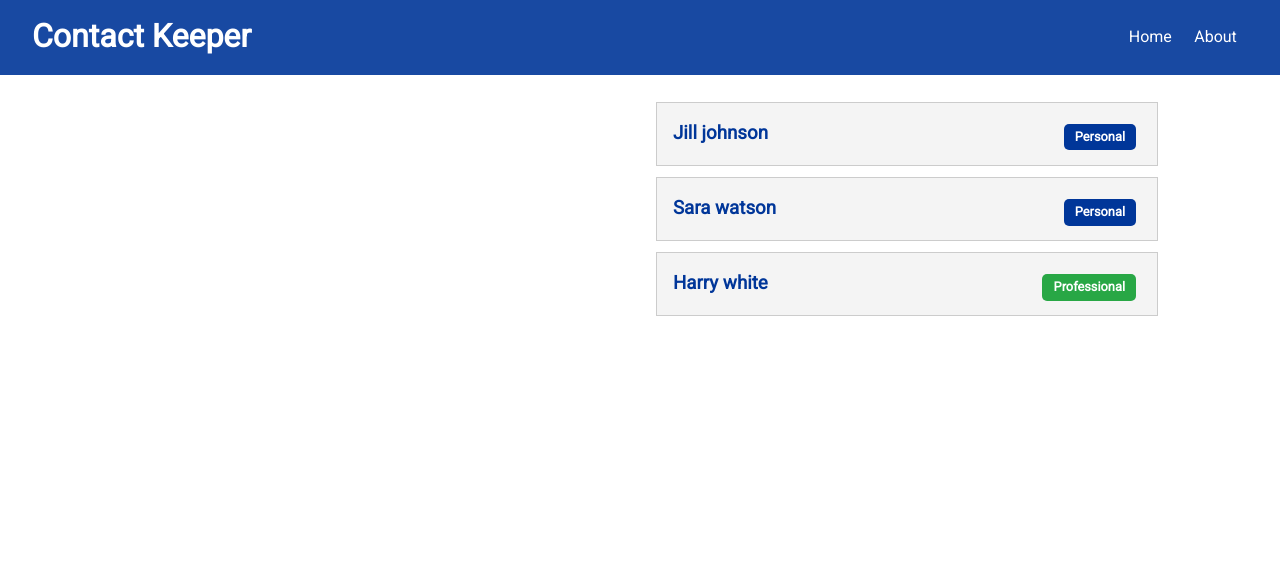
Repository: Izzazkhan/ContactStorage
Page: / (app in client/)
An editor plug-in stored every save of this project. The page is shown before and after the next save, followed by the edit.
The browser window is 1280 px wide. The pictures show the whole page.
The project was rebuilt for these pictures with package versions that can differ from the ones it lists, and the page was loaded fresh each time. A package was used in the major version that the imports need, not the one package.json lists. Also part of the build but not shown: client/src/components/pages/About.js.

Above is the page before, as saved 2020-01-21 09:31:44.

### client/public/index.html
<!DOCTYPE html>
<html lang="en">
  <head>
    <meta charset="utf-8" />
    <link rel="icon" href="%PUBLIC_URL%/favicon.ico" />
    <meta name="viewport" content="width=device-width, initial-scale=1" />
    <meta name="theme-color" content="#000000" />
    <meta
      name="description"
      content="Web site created using create-react-app"
    />
    <link rel="apple-touch-icon" href="%PUBLIC_URL%/logo192.png" />
    <link rel="manifest" href="%PUBLIC_URL%/manifest.json" />
    <title>ContactKeeper | Keep track of your contacts</title>
  </head>
  <body>
    <noscript>You need to enable JavaScript to run this app.</noscript>
    <div id="root"></div>
  </body>
</html>

### client/src/App.js
import React, {Fragment} from 'react';
import {BrowserRouter as Router, Route, Switch} from 'react-router-dom'
import Navbar from './components/layout/Navbar'
import Home from './components/pages/Home'
import About from './components/pages/About'

import ContactState from './context/contact/ContactState'
import './App.css';

const App = () => {
  return (
    <ContactState>
      <Router>
        <Fragment>
        <Navbar />
          <div className="container">
            <Switch>
              <Route exact path='/' component={Home} />
              <Route exact path='/about' component={About} />
            </Switch>
          </div>
        </Fragment>
      </Router>
    </ContactState>
  );
}

export default App;

### client/src/components/layout/Navbar.js
import React from 'react'
import PropTypes from 'prop-types';
import {Link} from 'react-router-dom'
const Navbar = ({ title, icon }) => {
    return (
        <div className="navbar bg-primary">
            <h1>
                <i className={icon} /> {title}
            </h1>
            <ul>
                <li>
                    <Link to='/'>Home</Link>
                </li>
                <li>
                    <Link to='/about'>About</Link>
                </li>
            </ul>
        </div>
    )
}

Navbar.propTypes = {
    title: PropTypes.string.isRequired,
    icon: PropTypes.string,
}

Navbar.defaultProps = {
    title: 'Contact Keeper',
    icon: 'fas fa-id-card-alt'
}
export default Navbar

### client/src/components/pages/Home.js
import React from 'react'
import Contacts from '../contacts/Contacts'

export const Home = () => {
    return (
        <div className="grid-2">
            <div>
                {/* ContactForm */}
            </div>
            <div>
                <Contacts />
            </div>
        </div>
    )
}
export default Home

### client/src/context/contact/ContactState.js
import React, {useReducer} from 'react'
import uuid from 'uuid'
import ContactContext from './contactContext'
import contactReducer from './contactReducer'
import {
    ADD_CONTACT,
    DELETE_CONTACT,
    SET_CURRENT,
    CLEAR_CURRENT,
    UPDATE_CONTACT,
    FILTER_CONTACTS,
    CLEAR_FILTER
} from '../types'

const ContactState = props => {
    const initialState = {
        contacts: [
            {
                id: 1,
                name: 'Jill johnson',
                email: 'jill@gmail.com',
                phone: '111-111-1111',
                type: 'personal'
            },
            {
                id: 2,
                name: 'Sara watson',
                email: 'sara@gmail.com',
                phone: '222-222-2222',
                type: 'personal'
            },
            {
                id: 3,
                name: 'Harry white',
                email: 'harry@gmail.com',
                phone: '333-333-3333',
                type: 'professional'
            }
        ]
    }

    const [state, dispatch] = useReducer(contactReducer, initialState)

    return (
        <ContactContext.Provider
        value={{
            contacts: state.contacts
        }}>
            {props.children}
        </ContactContext.Provider>
    )
}

export default ContactState

### client/src/components/contacts/Contacts.js
import React, {Fragment, useContext} from 'react'
import ContactItem from './ContactItem'
import ContactContext from '../../context/contact/contactContext'
const Contacts = () => {
    const contactContext = useContext(ContactContext);

    const {contacts} = contactContext
    return (
        <Fragment>
            {contacts.map(contact => <ContactItem key={contact.id} contact={contact} />
            )}
        </Fragment>
    )
}
export default Contacts

### client/src/context/contact/contactContext.js
import {createContext } from 'react'

const contactContext = createContext()

export default contactContext

### client/src/context/types.js
export const ADD_CONTACT = 'ADD_CONTACT'
export const DELETE_CONTACT = 'DELETE_CONTACT'
export const SET_CURRENT = 'SET_CURRENT'
export const CLEAR_CURRENT = 'CLEAR_CURRENT'
export const UPDATE_CONTACT = 'UPDATE_CONTACT'
export const CLEAR_FILTER = 'CLEAR_FILTER'
export const FILTER_CONTACTS = 'FILTER_CONTACTS'
export const SET_ALERT = 'SET_ALERT'
export const REMOVE_ALERT = 'REMOVE_ALERT'

### client/src/components/contacts/ContactItem.js
import React from 'react'

export const ContactItem = ({contact}) => {
    const {id, name, email, phone, type} = contact;

    return (
        <div className='card bg-light'>
            <h3 className="text-primary text-left">
                {name}{' '} <span style={{float: 'right'}} className={'badge ' + (type === 'professional' ?
                    'badge-success' : 'badge-primary')}>{type.charAt(0).toUpperCase() + type.slice(1)}</span>
            </h3>
        </div>
    )
}

export default ContactItem

Loaded but not shown: client/src/index.js (common file); client/src/App.css (common file); client/src/context/contact/contactReducer.js (no stored copy; drawn as an empty file)

After the next save:
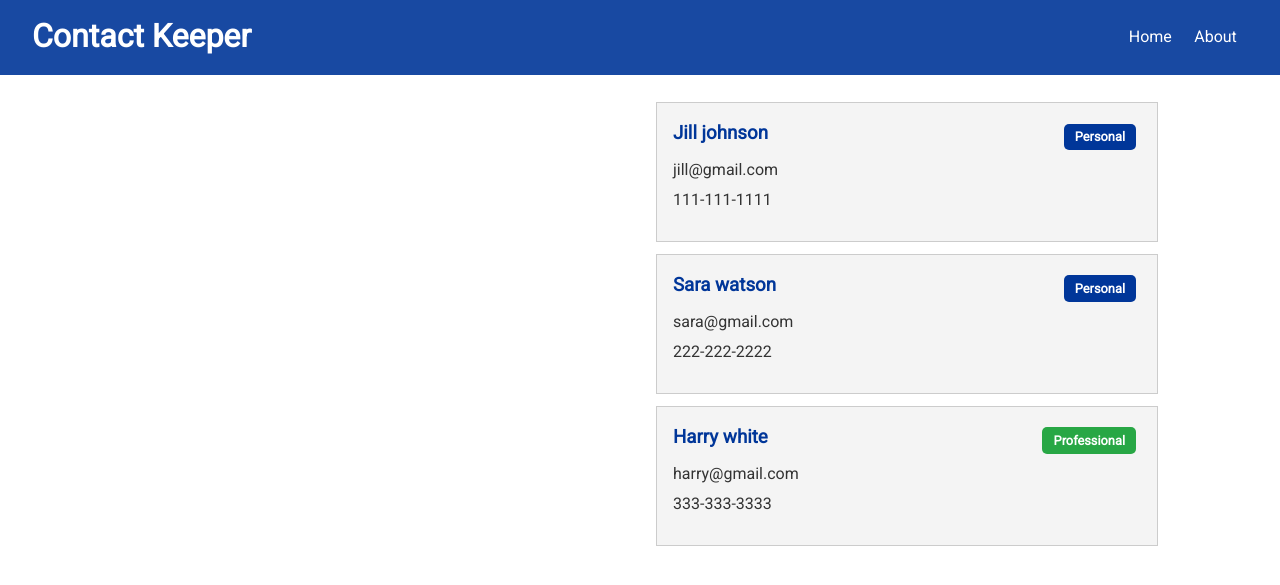
Saved 2 min 5 s later.
--- a/client/src/components/contacts/ContactItem.js
+++ b/client/src/components/contacts/ContactItem.js
@@ -9,6 +9,14 @@ export const ContactItem = ({contact}) => {
                 {name}{' '} <span style={{float: 'right'}} className={'badge ' + (type === 'professional' ?
                     'badge-success' : 'badge-primary')}>{type.charAt(0).toUpperCase() + type.slice(1)}</span>
             </h3>
+            <ul className='list'>
+                {email && (<li>
+                    <i className="fas fa-envelope-open"></i> {email}
+                </li>)}
+                {phone && (<li>
+                    <i className="fas fa-phone"></i> {phone}
+                </li>)}
+            </ul>
         </div>
     )
 }
